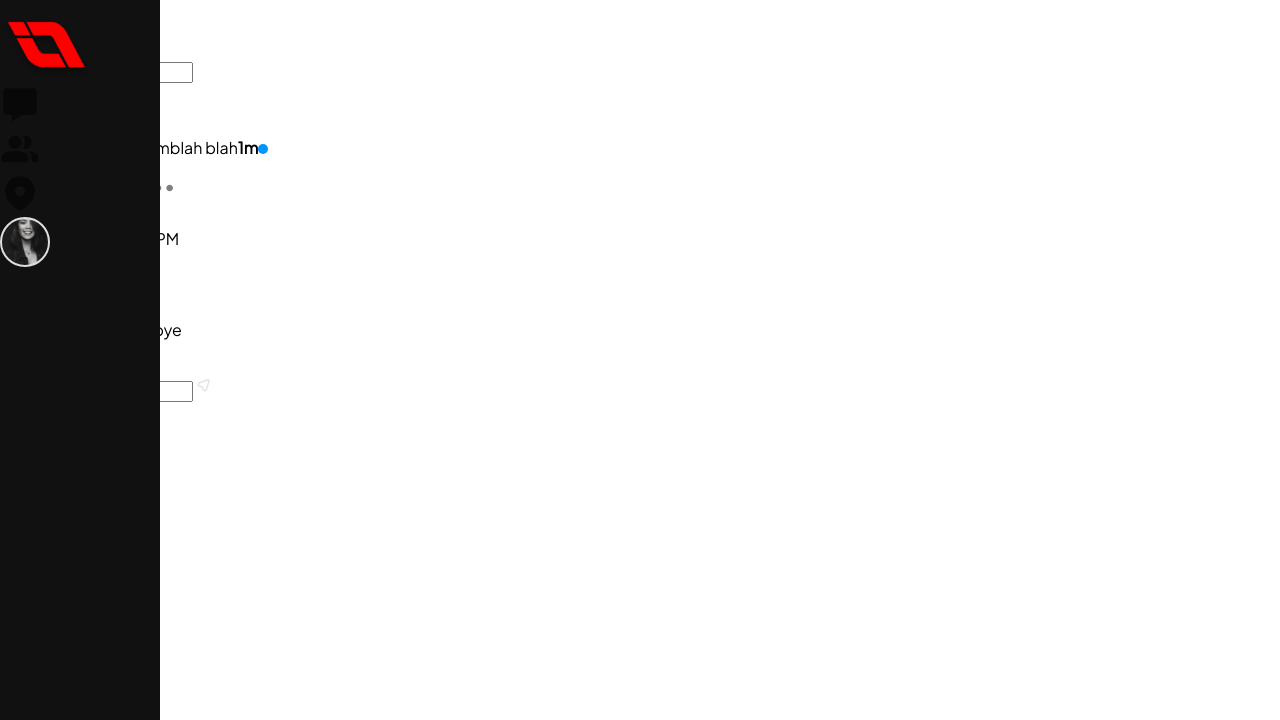
Repository: Nicktacku/LawChat
Page: /homechat (app in frontend/lawchat/)
An editor plug-in stored every save of this project. The page is shown before and after the next save, followed by the edit.
The browser window is 1280 px wide. The pictures show the whole page.
The project was rebuilt for these pictures with package versions that can differ from the ones it lists, and the page was loaded fresh each time. Also part of the build but not shown: frontend/lawchat/src/styles/button.css, frontend/lawchat/src/components/Button.js, frontend/lawchat/src/pages/Home.js, frontend/lawchat/src/pages/Login.js, frontend/lawchat/src/pages/Test.js.

Above is the page before, as saved 2024-08-15 14:09:17.

After the next save:
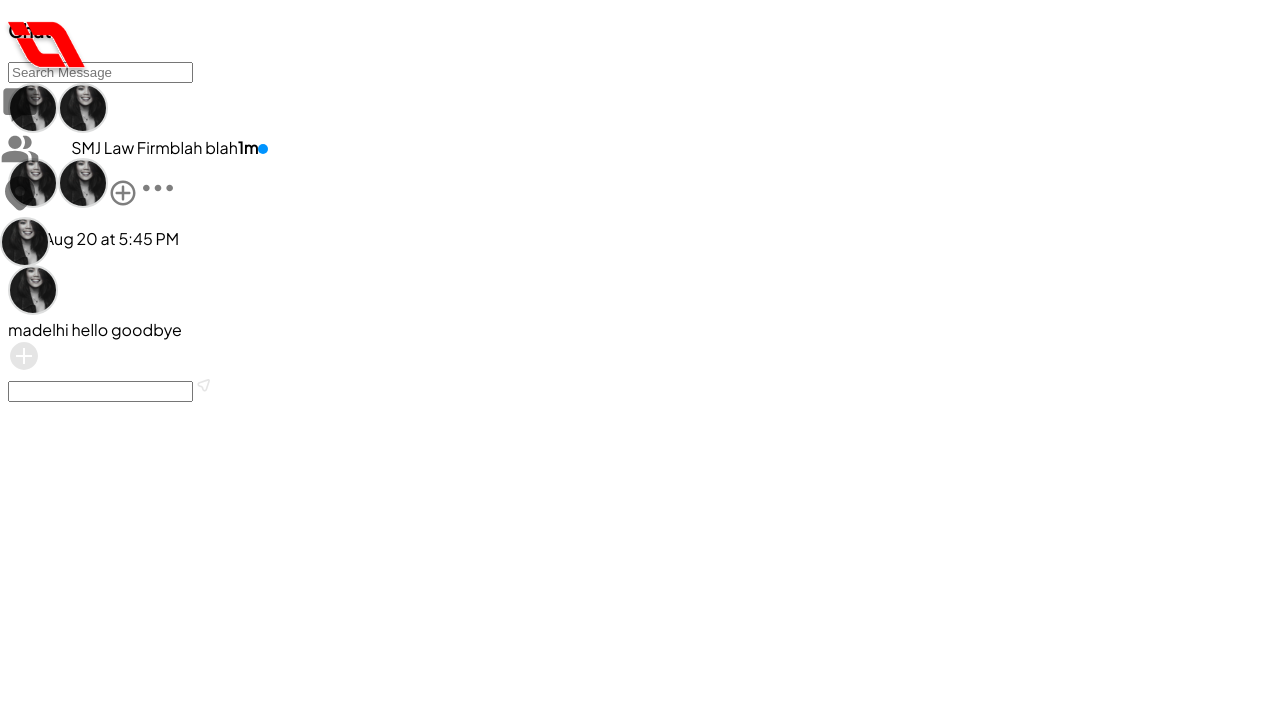
Saved 12 s later.
--- a/frontend/lawchat/src/styles/homechat.css
+++ b/frontend/lawchat/src/styles/homechat.css
@@ -4,7 +4,7 @@
     position: fixed;
     top: 0;
     left: 0;
-    background-color: #111;
+
     overflow-x: hidden;
     padding-top: 16px;
   }

After the save that followed:
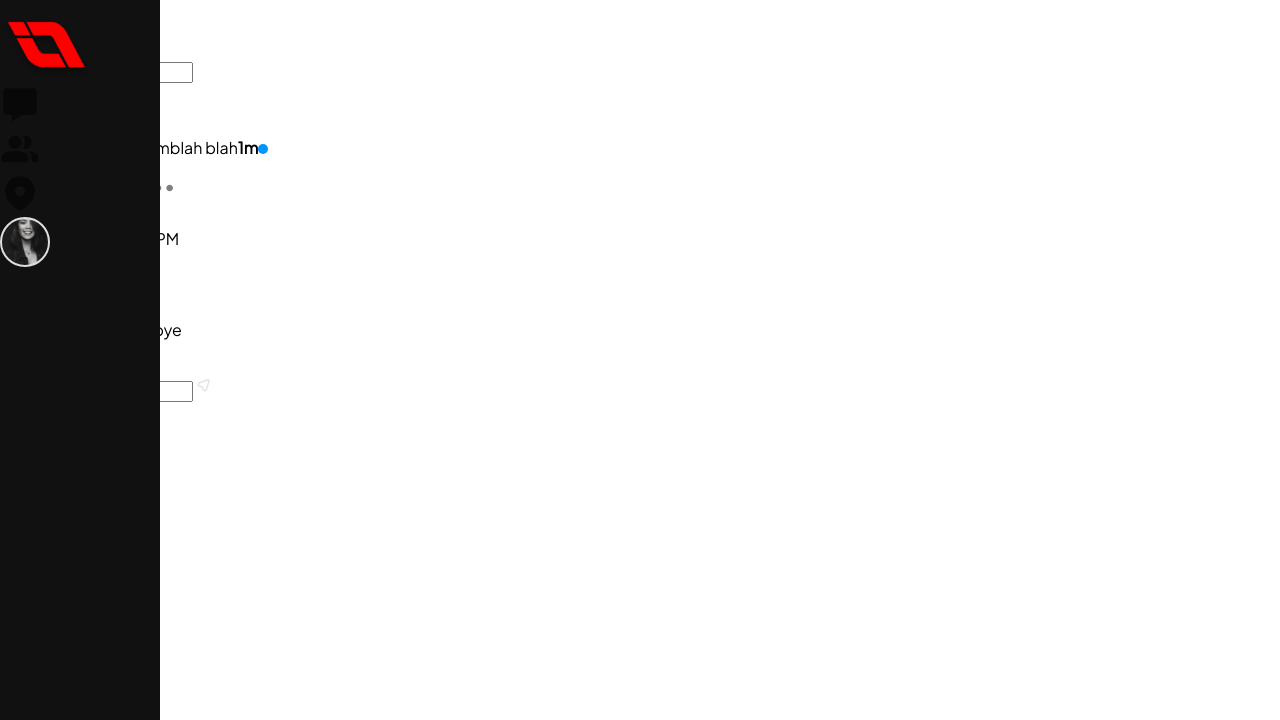
Saved 12 s later.
--- a/frontend/lawchat/src/styles/homechat.css
+++ b/frontend/lawchat/src/styles/homechat.css
@@ -4,7 +4,7 @@
     position: fixed;
     top: 0;
     left: 0;
-
+    background-color: #111;
     overflow-x: hidden;
     padding-top: 16px;
   }
